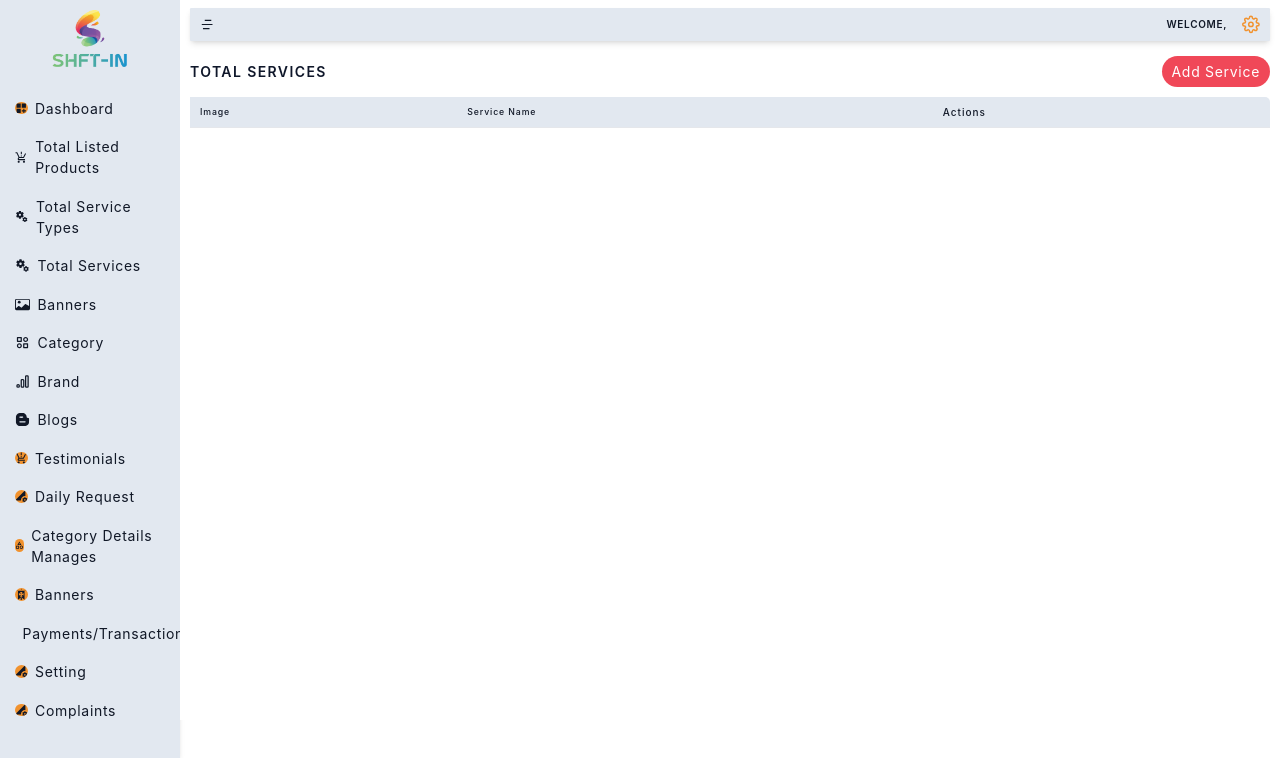
Repository: rohit0915/Mr-Arun-Chauhan-Admin-Panel
Page: /services
The author's editor kept a copy of each file at every save. The page is drawn from the files as they stood at one save, then again after the next save.
The browser window is 1280 px wide. The pictures show the whole page.
The page's requests for data from a server got no answer. The project was rebuilt for these pictures with package versions that can differ from the ones it lists, and the page was loaded fresh each time. No one was signed in, and anything a server would have sent is missing. Also part of the build but not shown: src/components/BaseUrl.jsx, src/components/forms/Login.jsx, src/components/pages/Dashboard.jsx, src/vendorPanel/components/Auth.jsx, src/components/pages/products/Products.jsx, src/components/pages/categories/Categories.jsx, src/components/pages/subcategories/SubCategories.jsx, src/components/pages/manageprofiles/ManageProfiles.jsx and 74 more.

Above is the page before, as saved 2022-11-16 13:02:15.

### public/index.html
<!DOCTYPE html>
<html lang="en">
  <head>
    <meta charset="utf-8" />
    <!-- <link rel="icon" href="%PUBLIC_URL%/favicon.png" /> -->
    <meta name="viewport" content="width=device-width, initial-scale=1" />
    <meta name="theme-color" content="#000000" />
    <meta
      name="description"
      content="Web site created using create-react-app"
    />
    <link rel="apple-touch-icon" href="%PUBLIC_URL%/favicon.ico?v=2" />

    <link rel="manifest" crossorigin="use-credentials" href="%PUBLIC_URL%/manifest.json" />

    <title>Direct Admin</title>
      <link rel="stylesheet" href="https://maxcdn.bootstrapcdn.com/bootstrap/3.4.1/css/bootstrap.min.css">
      <script src="https://ajax.googleapis.com/ajax/libs/jquery/3.6.0/jquery.min.js"></script>
      <script src="https://maxcdn.bootstrapcdn.com/bootstrap/3.4.1/js/bootstrap.min.js"></script>
  </head>
  <body>
    <noscript>You need to enable JavaScript to run this app.</noscript>
    <div id="root"></div>
    <script src="https://code.jquery.com/jquery-3.6.0.min.js"></script>
  </body>
</html>

### src/index.js
import React from "react";
import ReactDOM from "react-dom/client";
import "./index.css";
import App from "./App";
import { BrowserRouter } from "react-router-dom";
import "react-responsive-carousel/lib/styles/carousel.min.css";

const root = ReactDOM.createRoot(document.getElementById("root"));
root.render(
  <React.StrictMode>
    <BrowserRouter>
      <App />
    </BrowserRouter>
  </React.StrictMode>
);

### src/index.css
@tailwind base;
@tailwind components;
@tailwind utilities;

body {
  margin: 0;
  font-family: -apple-system, BlinkMacSystemFont, "Segoe UI", "Roboto", "Oxygen",
    "Ubuntu", "Cantarell", "Fira Sans", "Droid Sans", "Helvetica Neue",
    sans-serif;
  -webkit-font-smoothing: antialiased;
  -moz-osx-font-smoothing: grayscale;
}

code {
  font-family: source-code-pro, Menlo, Monaco, Consolas, "Courier New",
    monospace;
}

/* Wcomponents */
.wcomp::-webkit-scrollbar {
  width: 0px;
}
::-webkit-scrollbar {
  width: 0px;
}


.main-card--container{
  display : grid ;
  grid-template-columns: repeat(3 , minmax(300px , 500px));
  grid-gap: 50px;
  justify-content: space-around;
}
.main-card--container2{
  display : grid ;
  grid-template-columns: repeat(2 , minmax(600px , 800px));
  grid-gap: 50px;
  justify-content: space-around;
}
.card-container{
  margin : 25px 0 auto ;
  position  : relative ;
  display: grid;
  grid-template-columns: 1fr;
  justify-content: space-around;
  align-items:flex-start;
  border: 1px solid black;
  padding: 10px;
  box-shadow: 0 4px 8px 0 rgba(0, 0, 0, 0.2), 0 6px 20px 0 rgba(0, 0, 0, 0.19);
  /* height: 400px; */


}

.BannerImg{
 width: 100%;
 height: 300px;

}

.brandLeft {
  width:  60%;
  /* border-right: 1px solid black; */
}

### src/components/layout/HOC.jsx
/** @format */

import React, { useState } from "react";
import Navbar from "./Navbar";
import Sidebar from "./Sidebar";

const HOC = (Wcomponenet) => {
  return function Component() {
    const [hamb, setHamb] = useState(false);
    return (
      <>
        <section className="flex overflow-x-hidden">
          {/* Sidebar */}
          <div
            className={
              hamb
                ? " absolute top-0 z-30 md:w-auto shadow-md bg-slate-200  w-60 transition-all md:-left-full left duration-150  h-auto  left-0 "
                : " md:w-72 z-30 bg-slate-200  shadow-md  md:static absolute top-0 -left-full  h-auto transition-all duration-150 "
            }
          >
            <Sidebar hamb={hamb} setHamb={setHamb} />
          </div>
          {/* Components & Navbar */}
          <div
            className={
              hamb
                ? " transition-all px-4 py-2  bg-white duration-150 w-full h-screen"
                : " w-full h-screen  px-4 py-2  bg-white z-50 transition-all duration-150 "
            }
          >
            <Navbar hamb={hamb} setHamb={setHamb} />
            <div className="my-6 text-white h-[87%] wcomp overflow-y-auto">
              <Wcomponenet />
            </div>
          </div>
        </section>
      </>
    );
  };
};

export default HOC;

### src/components/layout/Navbar.jsx
import { RiMenu4Line } from "react-icons/ri";
import { BiLogOutCircle } from "react-icons/bi";
import { useNavigate } from "react-router-dom";
import { toast } from "react-toastify";
import { Fragment } from "react";
import { Menu, Transition } from "@headlessui/react";
import { FiSettings } from "react-icons/fi";
import { IoMdClose } from "react-icons/io";
import { useState } from "react";

const Navbar = ({ hamb, setHamb }) => {
  const navigate = useNavigate();
  const [popup, setPopup] = useState(false);

  const func = () => {
    localStorage.removeItem("Shaft");
    navigate("/");
    toast.success("Log-Out ");
  };

  function classNames(...classes) {
    return classes.filter(Boolean).join(" ");
  }

  const adminName = localStorage.getItem("adminName");
  return (
    <>
      <section
        className={
          popup
            ? "fixed top-0 left-0 wcomp bg-[rgb(0,0,0,0.5)] transition-all duration-150 w-full flex justify-center items-center overflow-y-auto  h-screen "
            : "hidden"
        }
      >
        <div className="bg-slate-100 sm:h-[40vh] h-[10vh] overflow-y-auto  lg:w-3/6  md:w-4/6 w-5/6 mx-auto  rounded-lg">
          <div className="flex sticky top-0 py-3 px-5 bg-slate-100 justify-between">
            <span className=" font-semibold text-[rgb(241,146,46)] relative">
              Settings
            </span>
            <div className="text-[rgb(241,146,46)] py-0.5 text-2xl cursor-pointer font-medium tracking-wider">
              <IoMdClose
                onClick={() => {
                  setPopup(false);
                }}
              />{" "}
            </div>
          </div>

          <form
            className="grid  grid-cols-1 gap-x-7 gap-y-4 p-4"
            // onSubmit={addBanner}
          >
            <div className="inline-flex  w-full flex-col">
              <label
                htmlFor="name"
                className="text-gray-800 mb-1.5 tracking-wider font-semibold text-sm"
              >
                Name
              </label>
              <input
                id="name"
                required
                type="text"
                name="name"
                // value={name}
                // onChange={(e) => setName(e.target.value)}
                placeholder=""
                className=" text-gray-800 tracking-wider text-sm rounded-full py-1 px-2 outline-[rgb(241,146,46)]"
              />
            </div>
            <div className="inline-flex  w-full flex-col">
              <label
                htmlFor="name"
                className="text-gray-800 mb-1.5 tracking-wider font-semibold text-sm"
              >
                Password
              </label>
               <input
                id="name"
                required
                type="password"
                name="name"
                placeholder=""
                // onChange={(e) => setImage(e.target.files[0])}
                // onChange={() => {}}
                className=" text-gray-800 tracking-wider text-sm rounded-full py-1 px-2 outline-[rgb(241,146,46)]"
              />
            </div>

            <button
              type="submit"
              value="Add"
              className="bg-[rgb(241,146,46)] cursor-pointer w-40 hover:bg-[rgb(241,146,46)] py-1 rounded-full"
            >
              Add{" "}
            </button>
          </form>
        </div>
      </section>
      <div
        className={
          hamb
            ? "flex  w-full justify-between  my-1 rounded-sm  p-4 py-3 shadow-md items-center  bg-slate-200 space-x-4"
            : "flex  w-full justify-between my-1 rounded-sm  p-4 py-3 shadow-md items-center  bg-slate-200 space-x-4"
        }
      >
        <RiMenu4Line
          onClick={() => setHamb(!hamb)}
          className="text-2xl font-bold text-gray-900 hover:scale-90 cursor-pointer"
        />

        {/* Profile */}
        <section className="flex sm:ml-auto justify-end sm:w-full items-center space-x-2  pr-2">
          <figcaption className="tracking-wider pl-1 font-semibold">
            <div className="lg:text-base text-sm text-gray-900  uppercase">
              Welcome,<strong>{adminName}</strong>
            </div>
          </figcaption>
        </section>

        {/* Logout Btn */}
        <FiSettings
          onClick={() => setPopup(!popup)}
          className="text-2xl sm:text-3xl font-bold text-[rgb(241,146,46)] cursor-pointer"
        />
      </div>
    </>
  );
};

export default Navbar;

### src/components/layout/Sidebar.jsx
import React from "react";
import { RiCloseLine } from "react-icons/ri";
import { MdPermDataSetting } from "react-icons/md";
import { Link } from "react-router-dom";
import { BsCardImage  } from "react-icons/bs";
import { CgTerminal } from "react-icons/cg";
import { MdPrivacyTip, MdOutlineInfo } from "react-icons/md";
import { BiSupport, BiUser, BiRestaurant, BiCategoryAlt } from "react-icons/bi";
import { TbJewishStar } from "react-icons/tb";
import { GiKnightBanner } from "react-icons/gi";
import image from "../../../src/components/Assets/Logo.png";
import { BiLogOutCircle, BiPaperclip, BiMoney } from "react-icons/bi";
import { AiFillProfile } from "react-icons/ai";
import {TbBrandGoogleAnalytics} from 'react-icons/tb'
import {FaBloggerB} from 'react-icons/fa'

import {
  MdDashboardCustomize,
  MdOutlineProductionQuantityLimits,
  MdOutlineCategory,
  MdMiscellaneousServices,
  MdHistory,
} from "react-icons/md";

const Sidebar = ({ hamb, setHamb }) => {
  const nav = [

    // {
    //   icon: (
    //     <BiUser className="text-xl mr-3 rounded-full bg-[rgb(241,146,46)]" />
    //   ),
    //   link: "/manage-profiles ",
    //   name: "Manage Profiles",
    // },
    {
      icon: (
        <MdDashboardCustomize className="text-xl mr-3 rounded-full bg-[rgb(241,146,46)]" />
      ),
      link: "/dashboard",
      name: "Dashboard",
    },
    // {
    //   icon: (
    //     <MdDashboardCustomize className="text-xl mr-3 rounded-full bg-[rgb(241,146,46)]" />
    //   ),
    //   link: "/upload",
    //   name: "Upload Services",
    // },
    // {
    //   icon: (
    //     <MdDashboardCustomize className="text-xl mr-3 rounded-full bg-[rgb(241,146,46)]" />
    //   ),
    //   link: "/accept-request-from-vendors",
    //   name: "Accept Request From Vendors",
    // },

    {
      icon: (
        <MdOutlineProductionQuantityLimits className="text-2xl mr-3 " />
      ),
      link: "/products",
      name: " Total Listed Products",
    },
    {
      icon: (
        <MdMiscellaneousServices  className="text-2xl mr-3 " />
      ),
      link: "/total-services",
      name: " Total Service Types",
    },
    {
      icon: (
        <MdMiscellaneousServices  className="text-2xl mr-3 " />
      ),
      link: "/services",
      name: " Total Services",
    },
    // {
    //   icon: (
    //     <MdOutlineProductionQuantityLimits className="text-xl mr-3 rounded-full bg-[rgb(241,146,46)]" />
    //   ),
    //   link: "/sub-categories",
    //   name: " Sub Categories",
    // },
    {
      icon: (
        <BsCardImage className="text-2xl mr-3  " />
      ),
      link: "/gallary",
      name: "Banners",
    },
    {
      icon: (
        <BiCategoryAlt className="text-2xl mr-3  " />
      ),
      link: "/cat",
      name: "Category",
    },
    {
      icon: (
        <TbBrandGoogleAnalytics className="text-2xl mr-3  " />
      ),
      link: "/brand",
      name: "Brand",
    },
    {
      icon: (
        <FaBloggerB className="text-2xl mr-3  " />
      ),
      link: "/blog",
      name: "Blogs",
    },
    {
      icon: (
        <MdOutlineProductionQuantityLimits className="text-xl mr-3 rounded-full bg-[rgb(241,146,46)]" />
      ),
      link: "/testimonials",
      name: "Testimonials",
    },
    {
      icon: (
        <MdPermDataSetting className="text-xl mr-3 rounded-full bg-[rgb(241,146,46)]" />
      ),
      link: "/daily-request",
      name: "Daily Request",
    },
    {
      icon: (
        <MdOutlineCategory className="text-xl mr-3 rounded-full bg-[rgb(241,146,46)]" />
      ),
      link: "/categories",
      name: "Category Details Manages",
    },
    {
      icon: (
        <GiKnightBanner className="text-xl mr-3 rounded-full bg-[rgb(241,146,46)]" />
      ),
      link: "/banners",
      name: "Banners",
    },
    // {
    //   icon: (
    //     <BsBorderWidth className="text-xl mr-3 rounded-full bg-[rgb(241,146,46)]" />
    //   ),
    //   link: "/orders",
    //   name: "Orders",
    // },
    // {
    //   icon: (
    //     <CgTerminal className="text-xl mr-3 rounded-full bg-[rgb(241,146,46)]" />
    //   ),
    //   link: "/terms",
    //   name: "Terms and Conditions",
    // },

    // {
    //   icon: (
    //     <MdPrivacyTip className="text-xl mr-3 rounded-full bg-[rgb(241,146,46)]" />
    //   ),
    //   link: "/privacyPolicy",
    //   name: "Privacy Policy",
    // },
    // {
    //   icon: (
    //     <BiSupport className="text-xl mr-3 rounded-full bg-[rgb(241,146,46)]" />
    //   ),
    //   link: "/support",
    //   name: "Help and Support ",
    // },
    // {
    //   icon: (
    //     <BiSupport className="text-xl mr-3 rounded-full bg-[rgb(241,146,46)]" />
    //   ),
    //   link: "/vendors",
    //   name: "Vendor manages system ",
    // },
    // {
    //   icon: (
    //     <BiPaperclip className="text-xl mr-3 rounded-full bg-[rgb(241,146,46)]" />
    //   ),
    //   link: "/coupons",
    //   name: "Coupons",
    // },
    // {
    //   icon: (
    //     <BiMoney className="text-xl mr-3 rounded-full bg-[rgb(241,146,46)]" />
    //   ),
    //   link: "/vendors",
    //   name: "Commission List",
    // },
    {
      icon: (
        <BiMoney className="text-xl mr-3 rounded-full bg-[rgb(241,146,46)]" />
      ),
      link: "/payments",
      name: "Payments/Transactions ",
    },
    {
      icon: (
        <MdPermDataSetting className="text-xl mr-3 rounded-full bg-[rgb(241,146,46)]" />
      ),
      link: "/setting",
      name: "Setting",
    },
    {
      icon: (
        <MdPermDataSetting className="text-xl mr-3 rounded-full bg-[rgb(241,146,46)]" />
      ),
      link: "/complaints",
      name: "Complaints",
    },
    // {
    //   icon: (
    //     <MdOutlineInfo className="text-xl mr-3 rounded-full bg-[rgb(241,146,46)]" />
    //   ),
    //   link: "/about-us",
    //   name: "About Us",
    // },
    // {
    //   icon: (
    //     <BiLogOutCircle className="text-xl mr-3 rounded-full bg-[rgb(241,146,46)]" />
    //   ),
    //   link: "/",
    //   name: "Logout",
    // },
  ];
  return (
    <>
      <aside className="p-4">
        {/* Top */}
        <div className="w-full md:hidden relative  p-2 mb-4">
          <RiCloseLine
            onClick={() => setHamb(!hamb)}
            className="text-3xl  absolute top-2 sm:hover:rotate-[228deg] transition-transform font-bold right-2 sm:hover:text-[22px] text-[rgb(241,146,46)] cursor-pointer"
          />
        </div>
        {/* Logo */}
        <figure className="flex  flex-col items-center">
          <span className="font-bold text-[rgb(241,146,46)]">
            <img src={image} className="h-24" />
          </span>
        </figure>
        {/* Nav-menu */}
        <nav className="py-6">
          {nav.map((nav) => {
            return (
              <Link to={nav.link} key={nav.name} className="">
                <span className="flex my-3 items-center cursor-pointer text-gray-900    tracking-wider p-2 rounded-sm">
                  {nav.icon} {nav.name}
                </span>
              </Link>
            );
          })}
        </nav>
      </aside>
    </>
  );
};

export default Sidebar;

Loaded but not shown: tailwind.config.js (common file); src/App.js (210 lines, source omitted); src/components/pages/Services/Service.js (289 lines, source omitted)

After the next save:
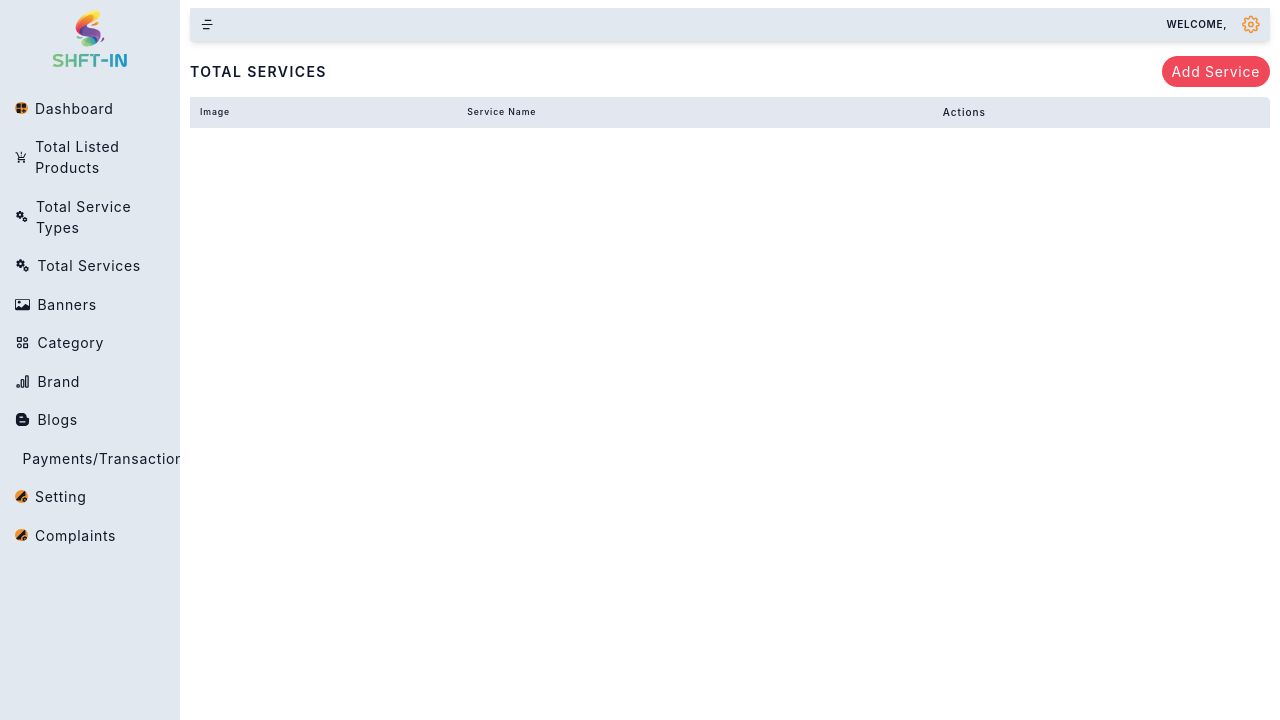
Saved 22 s later.
--- a/src/components/layout/Sidebar.jsx
+++ b/src/components/layout/Sidebar.jsx
@@ -110,34 +110,34 @@ const Sidebar = ({ hamb, setHamb }) => {
       link: "/blog",
       name: "Blogs",
     },
-    {
-      icon: (
-        <MdOutlineProductionQuantityLimits className="text-xl mr-3 rounded-full bg-[rgb(241,146,46)]" />
-      ),
-      link: "/testimonials",
-      name: "Testimonials",
-    },
-    {
-      icon: (
-        <MdPermDataSetting className="text-xl mr-3 rounded-full bg-[rgb(241,146,46)]" />
-      ),
-      link: "/daily-request",
-      name: "Daily Request",
-    },
-    {
-      icon: (
-        <MdOutlineCategory className="text-xl mr-3 rounded-full bg-[rgb(241,146,46)]" />
-      ),
-      link: "/categories",
-      name: "Category Details Manages",
-    },
-    {
-      icon: (
-        <GiKnightBanner className="text-xl mr-3 rounded-full bg-[rgb(241,146,46)]" />
-      ),
-      link: "/banners",
-      name: "Banners",
-    },
+    // {
+    //   icon: (
+    //     <MdOutlineProductionQuantityLimits className="text-xl mr-3 rounded-full bg-[rgb(241,146,46)]" />
+    //   ),
+    //   link: "/testimonials",
+    //   name: "Testimonials",
+    // },
+    // {
+    //   icon: (
+    //     <MdPermDataSetting className="text-xl mr-3 rounded-full bg-[rgb(241,146,46)]" />
+    //   ),
+    //   link: "/daily-request",
+    //   name: "Daily Request",
+    // },
+    // {
+    //   icon: (
+    //     <MdOutlineCategory className="text-xl mr-3 rounded-full bg-[rgb(241,146,46)]" />
+    //   ),
+    //   link: "/categories",
+    //   name: "Category Details Manages",
+    // },
+    // {
+    //   icon: (
+    //     <GiKnightBanner className="text-xl mr-3 rounded-full bg-[rgb(241,146,46)]" />
+    //   ),
+    //   link: "/banners",
+    //   name: "Banners",
+    // },
     // {
     //   icon: (
     //     <BsBorderWidth className="text-xl mr-3 rounded-full bg-[rgb(241,146,46)]" />
